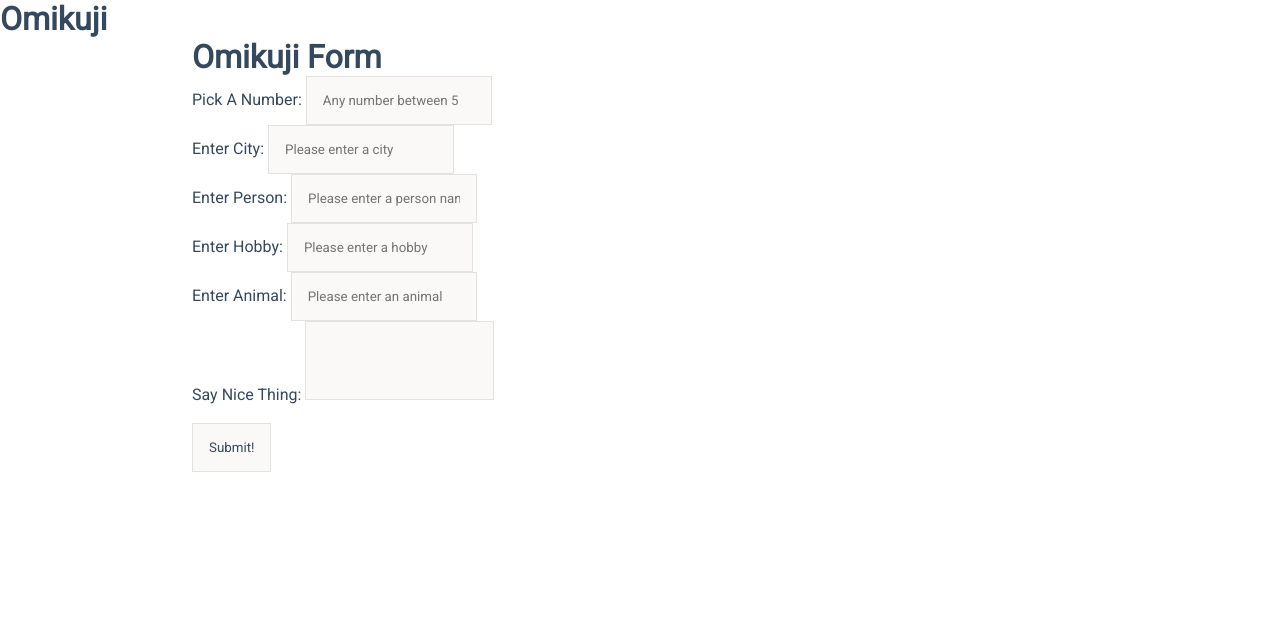
Repository: BensonFirdy/java
Page: http://localhost/Omikuji/WEB-INF/index.jsp
An editor plug-in stored every save of this project. The page is shown before and after the next save, followed by the edit.
The browser window is 1280 px wide. The pictures show the whole page.
The page is served by Tomcat 9. Nobody is signed in. Other server files are loaded and not shown. The template is opened directly, without the code that normally fills it, so the values that code supplies are empty.

Above is the page before, as saved 2022-06-29 03:43:11.
Console error: TypeError: console.lgo is not a function

### Omikuji/src/main/webapp/WEB-INF/index.jsp
<%@ page language="java" contentType="text/html; charset=UTF-8" pageEncoding="UTF-8"%>
<%@ taglib prefix="c" uri="http://java.sun.com/jsp/jstl/core" %>
<%@ taglib prefix="form" uri="http://www.springframework.org/tags/form" %>
<%@taglib uri="http://java.sun.com/jsp/jstl/fmt" prefix="fmt"%>
<%@ page isErrorPage="true" %>
<!DOCTYPE html>
<html>
<head>
	<meta charset="utf-8">
	<meta name="viewport" content="width=device-width, initial-scale=1">
	<title></title>
	<link rel="stylesheet" type="text/css" href="/css/style.css">
	<script type="text/javascript" src="/js/main.js"></script>
</head>
<body>
	<h1>Omikuji</h1>

	<div class="container"> <!-- Beginning of Container -->
    	<h1>Omikuji Form</h1>

    	<form action="/omikuji/process" method="post">
		  <div class="form-group">
		    <label for="number">Pick A Number:</label>
		    <input type="number" class="form-control" name="number" placeholder="Any number between 5 to 25">
		  </div>

		   <div class="form-group">
		    <label for="city">Enter City:</label>
		    <input type="text" class="form-control" name ="city" placeholder="Please enter a city">
		  </div>

		  <div class="form-group">
		    <label for="city">Enter Person:</label>
		    <input type="text" class="form-control" name ="person" placeholder="Please enter a person name">
		  </div>
		    <div class="form-group">
		    <label for="hobby">Enter Hobby:</label>
		    <input type="text" class="form-control" name="hobby" placeholder="Please enter a hobby">
		  </div>

		   <div class="form-group">
		    <label for="animal">Enter Animal:</label>
		    <input type="text" class="form-control" name="animal" placeholder="Please enter an animal">
		  </div>

		  <div class="form-group">
		    <label for="description">Say Nice Thing:</label>
		    <textarea class="form-control"  name="description" rows="3"></textarea>
		  </div>
		  <br>
		  <input class="btn btn-primary" type="submit" value="Submit!">
		</form>


    	<!-- //==================================================================== -->
    	<!-- created this "/process route after @RequestMapping("/form") -->



    </div> <!-- End of Container -->





</body>
</html>

### Omikuji/src/main/resources/static/css/style.css
@import url('https://fonts.googleapis.com/css2?family=Roboto&display=swap');

*
{
	border:0;
	margin:0;
	padding:0;
	outline:0;
	box-sizing:border-box;
	font-family:"Roboto";
	color:#34495e;
}

.grid{display:grid;}
.flex{display:flex;}
.p1{padding:1rem;}
.p2{padding:2rem;}
.ptb1{padding:1rem 0;}
.plr1{padding:0 1rem;}
.ptb2{padding:2rem 0;}
.plr2{padding:0 2rem;}
.m1{margin:1rem;}
.m2{margin:2rem;}
.gap1{gap:1rem;}
.gap2{gap:2rem;}
.text_center{text-align:center;}
.justify_center{justify-content:center;}
.align_center{align-items:center;}
.col1{grid-template-columns:1fr;}
.block{display:block;}

.bg_red{background-color:#e74c3c;}
.bg_green{background-color:#2ecc71;}
.bg_blue{background-color:#3498db;}
.bg_yellow{background-color:#f1c40f;}
.bg_purple{background-color:#8e44ad;}
.bg_orange{background-color:#e67e22;}
.bg_grey1{background-color:#34495e;}
.bg_grey2{background-color:#2c3e50;}
.bg_white1{background-color:#fff;}
.bg_white2{background-color:#faf9f8;}

.col_red{color:#e74c3c;}
.col_green{color:#2ecc71;}
.col_blue{color:#3498db;}
.col_yellow{color:#f1c40f;}
.col_purple{color:#8e44ad;}
.col_orange{color:#e67e22;}
.col_grey1{color:#34495e;}
.col_grey2{color:#2c3e50;}
.col_white1{color:#fff;}
.col_white2{color:#faf9f8;}

.border_1{border:1px solid #e4e2e0;}

.round_4{border-radius:4px;}
.round_8{border-radius:8px;}
.round_12{border-radius:12px;}
.round_16{border-radius:16px;}

.container
{
	width:70%;
	margin:0 auto;
}

.card
{
	border:1px solid #e4e2e0;
	display:grid;
	grid-template-columns:1fr;
	background-color:#fff;
}

.card_head
{
	background-color:#3498db;
	padding:1rem;
	border-bottom:1px solid #e4e2e0;
	color:#fff;
}

.card_body
{
	padding:2rem;
	display:grid;
	gap:2rem;
}

.btn_submit
{
	background-color:#3498db;
	color:#fff;
}

.btn_submit:hover
{
	cursor:pointer;
	background-color:#2ecc71;
}

input
{
	padding:1rem;
	background-color:#faf9f8;
	border:1px solid #e4e2e0;
}

textarea
{
	padding:1rem;
	background-color:#faf9f8;
	border:1px solid #e4e2e0;
	resize:none;
}

table
{
	border:1px solid #e4e2e0;
	background-color:#fff;
	border-collapse:collapse;
}

tr
{
	padding:1rem;
}

th
{
	background-color:#3498db;
	border:1px solid #e4e2e0;
	padding:1rem;
	color:#fff;
}

td
{
	padding:1rem;
	border:1px solid #e4e2e0;
}

### Omikuji/src/main/resources/static/js/main.js
console.lgo("Hello World")

After the next save:
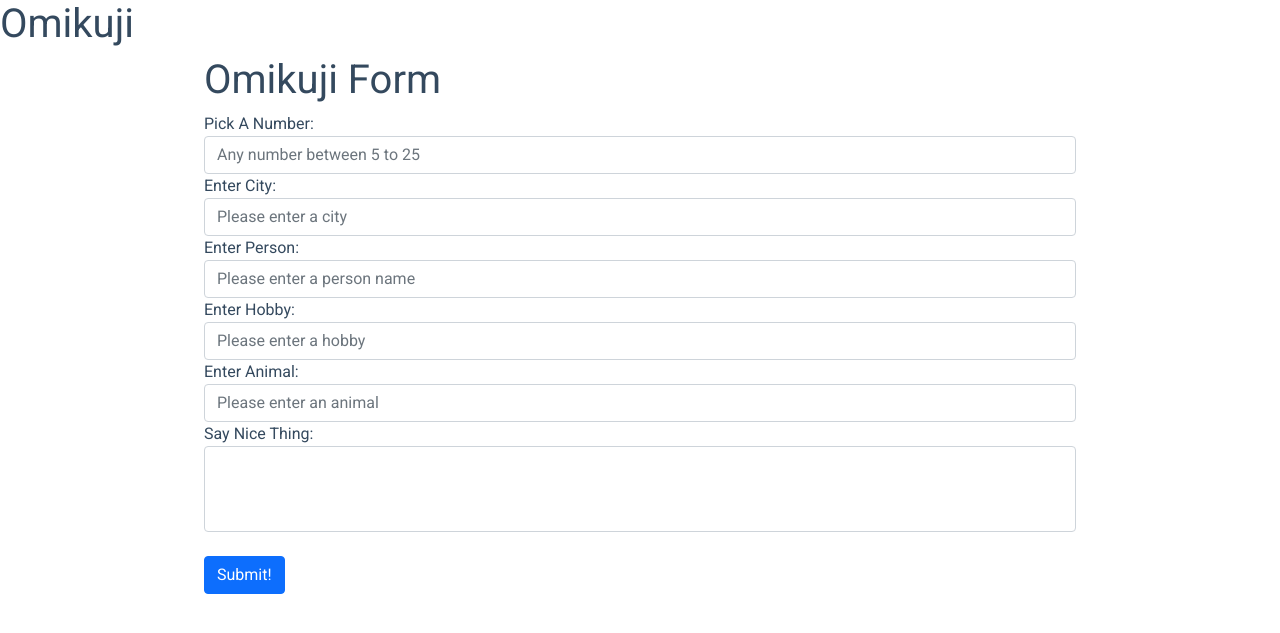
Saved 106 s later.
--- a/Omikuji/src/main/webapp/WEB-INF/index.jsp
+++ b/Omikuji/src/main/webapp/WEB-INF/index.jsp
@@ -9,13 +9,17 @@
 	<meta charset="utf-8">
 	<meta name="viewport" content="width=device-width, initial-scale=1">
 	<title></title>
+	<link href="https://cdn.jsdelivr.net/npm/bootstrap@5.0.2/dist/css/bootstrap.min.css"
+      rel="stylesheet"
+      integrity="sha384-EVSTQN3/azprG1Anm3QDgpJLIm9Nao0Yz1ztcQTwFspd3yD65VohhpuuCOmLASjC"
+      crossorigin="anonymous">
 	<link rel="stylesheet" type="text/css" href="/css/style.css">
 	<script type="text/javascript" src="/js/main.js"></script>
 </head>
 <body>
 	<h1>Omikuji</h1>
 
-	<div class="container"> <!-- Beginning of Container -->
+	<div class="container">
     	<h1>Omikuji Form</h1>
 
     	<form action="/omikuji/process" method="post">
